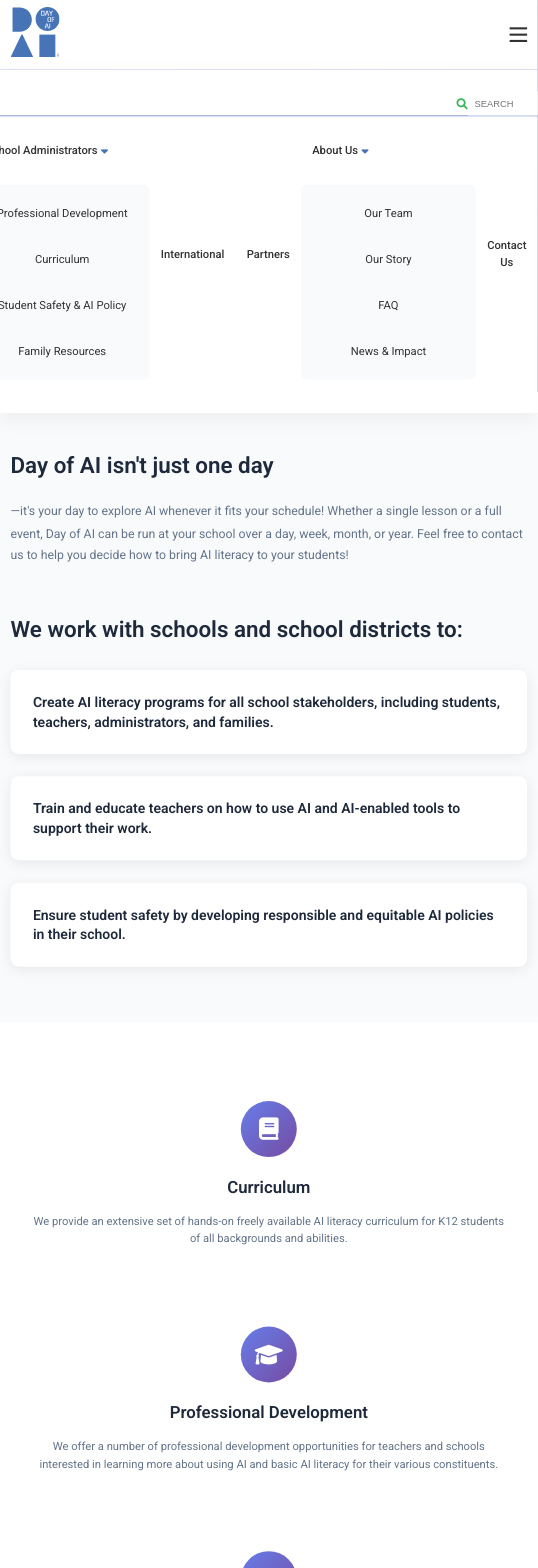
Repository: dinhtri123/dayofai
Page: index.html
The author's editor kept a copy of each file at every save. The page is drawn from the files as they stood at one save, then again after the next save.
The browser window is 768 px wide. The pictures show the part of the page from y = 0 to 2240 px (the page is 4328 px tall), at 70% of full size.
Some web fonts or font styles are not loaded; a fallback is used.

Above is the page before, as saved 2025-06-28 16:46:45.

After the next save:
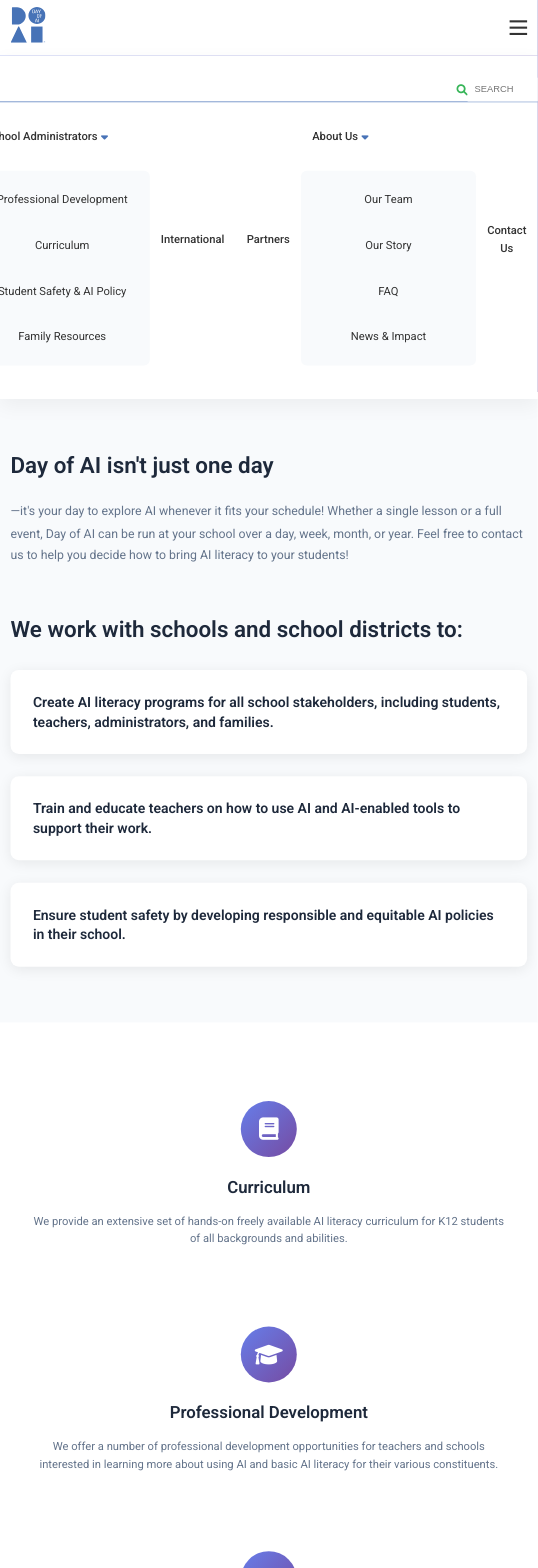
Saved 38 s later.
--- a/styles.css
+++ b/styles.css
@@ -519,7 +519,7 @@
         margin: 1rem 0;
     }
     .nav-logo img {
-      max-width: 70px;;
+      max-width: 50px;;
     }
     .dropdown-menu {
         position: static;
